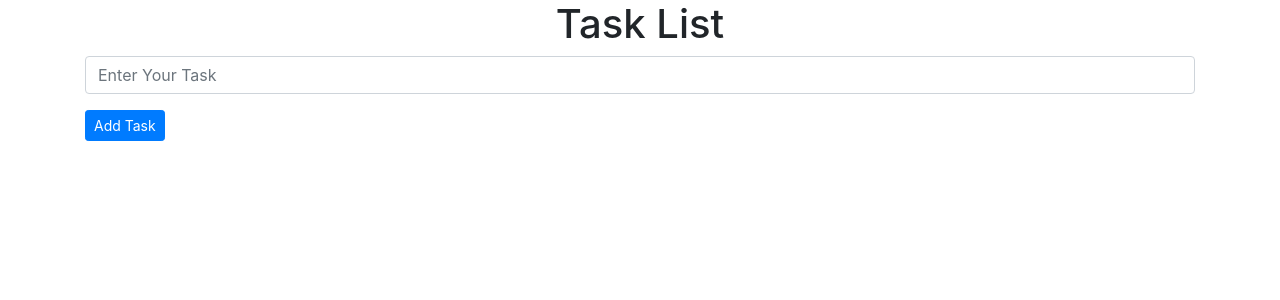
Repository: hoangphuong965/todolist
Page: index.html
These files come from the project's save history. The page is drawn as it stood at one moment and after a run of saves; the edit follows.
The browser window is 1280 px wide. The pictures show the whole page.

Above is the page before, as saved 2020-09-04 14:29:06.

### index.html
<!DOCTYPE html>
<html lang="en">

<head>
     <meta charset="UTF-8">
     <meta name="viewport" content="width=device-width, initial-scale=1.0">
     <title>Document</title>
     <link rel="stylesheet" href="https://stackpath.bootstrapcdn.com/bootstrap/4.3.1/css/bootstrap.min.css"
          integrity="sha384-ggOyR0iXCbMQv3Xipma34MD+dH/1fQ784/j6cY/iJTQUOhcWr7x9JvoRxT2MZw1T" crossorigin="anonymous">
     <link rel="stylesheet" href="https://maxcdn.bootstrapcdn.com/font-awesome/4.7.0/css/font-awesome.min.css">
     <link rel="stylesheet" href="style.css">
</head>

<body>
     <div class="container">
          <h1 class="text-center">Task List</h1>
          <form class="form">
               <div class="form-group ">
                    <input type="text" class="form-control" style="outline-color: black;" placeholder="Enter Your Task">
               </div>
               <div class="list">
                    <!-- <ol class="list-group list-group-flush">
                         <li class="list-group-item grid">
                              <p>Cras justo odio</p>
                              <i class="fa fa-trash" aria-hidden="true"></i>
                         </li>
                    </ol> -->
               </div>
               <button type="submit" class="btn btn-primary btn-sm">Add Task</button>
          </form>
     </div>
     <script src="app.js"></script>
</body>

</html>

### style.css
.container{
     width: 1200px;
}
.grid {
  display: grid;
  grid-template-columns: auto auto;
}
i{
     margin-top: 3px;
     text-align: right;
}

### app.js
const input = document.querySelector("input");
let html = document.querySelector(".list");

const form = document.querySelector(".form");
form.addEventListener("submit", (e) => {
  e.preventDefault();
  add();
});

const add = () => {
  if (input.value === "") {
    alerts();
    return;
  } else {
    let ul = `
          <ol class="list-group list-group-flush ">
               <li class="list-group-item grid">
                    <p>${input.value}</p>
                    <i class="fa fa-trash" aria-hidden="true"></i>
               </li>
          </ol>
     `;
    input.value = "";
    html.innerHTML += ul;
  }
};

const alerts = () => {
  window.alert("điền vào ô trống");
};

After the next 3 saves:
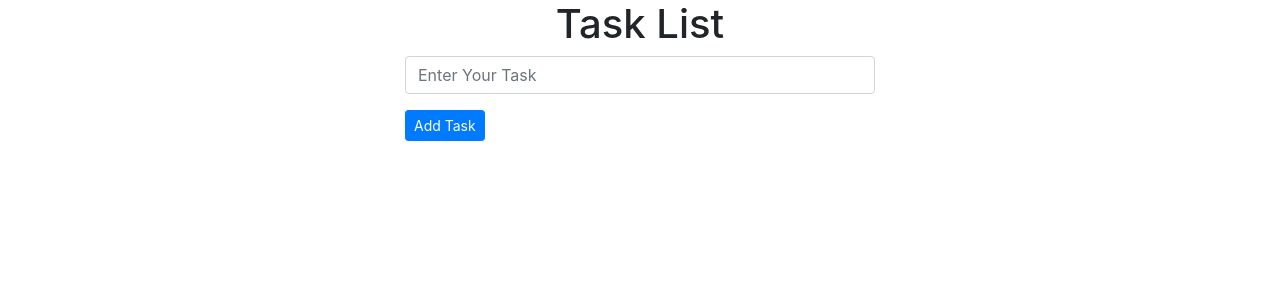
The 3 saves are shown as one change because they came seconds apart.
The last was saved 9 s later.
--- a/style.css
+++ b/style.css
@@ -1,5 +1,5 @@
 .container{
-     width: 1200px;
+     width: 500px;
 }
 .grid {
   display: grid;
